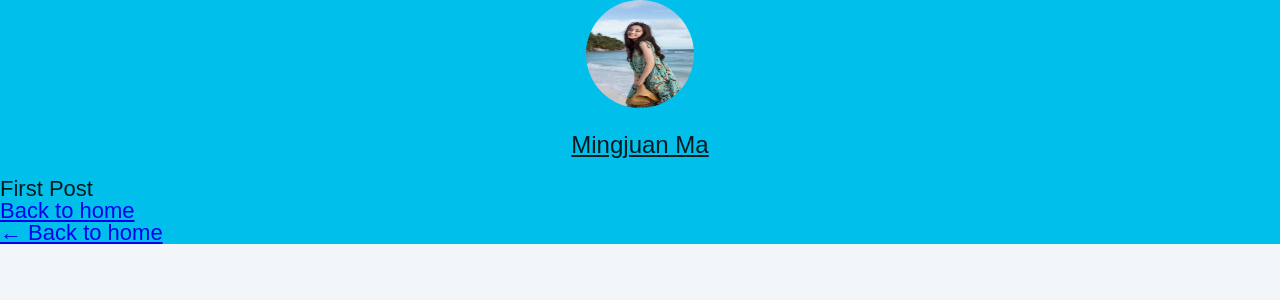
Repository: happy760690/nextjs-react
Page: /posts/first-post
These files come from the project's save history. The page is drawn as it stood at one moment and after the next save; the edit follows.
The browser window is 1280 px wide. The pictures show the whole page.
The project was rebuilt for these pictures with package versions that can differ from the ones it lists, and the page was loaded fresh each time. The framework's server and built-in components were replaced by stand-ins that run in the browser. Also part of the build but not shown: next.config.js.

Above is the page before, as saved 2021-07-09 16:23:47.

### pages/_app.tsx
/*
 * @Name: 文件名称
 * @Description: 该文件描述
 * @Author: Mingjuan
 * @Date: 1985-10-26 16:15:00
 * @Editors: Mingjuan
 */
import '../styles/scss/index.scss'
import { AppProps } from 'next/app'


function App({ Component, pageProps }: AppProps) {
  return <Component {...pageProps} />
}

export default App

### pages/posts/first-post.js
/*
 * @Name: 文件名称
 * @Description: 该文件描述
 * @Author: Mingjuan
 * @Date: 2021-06-29 11:22:19
 * @Editors: Mingjuan
 */
import Link from "next/link"
import Head from "next/head"
import Layout from "../../components/layout"

export default function FirstPost(){
    return (
        <Layout>
            <Head>
                <title>First Post</title>
            </Head>
            <h1>First Post</h1>
            <h2>
                <Link href="/">
                    <a>Back to home</a>
                </Link>
            </h2>
        </Layout>
    )
}

### styles/scss/index.scss
@import "./reset.scss";
// @import "./icon.scss";
@import "./base.scss";

### components/layout.tsx
/*
 * @Name: 文件名称
 * @Description: 该文件描述
 * @Author: Mingjuan
 * @Date: 2021-06-29 15:22:24
 * @Editors: Mingjuan
 */
import Head from 'next/head'
import Image from 'next/image'
import styles from './layout.module.scss'
import utilStyles from '../styles/utils.module.css'
import Link from 'next/link'

const name = 'Mingjuan Ma'
export const siteTitle = 'Next.js Sample Website'

export default function Layout({ children, home }: {
  children: React.ReactNode
  home?: boolean
}) {
  return (
    <div className={styles.container}>
      <Head>

        <link rel="icon" href="/favicon.ico" />

        <meta name="format-detection" content="telephone=no"></meta>
        <meta name="renderer" content="webkit"/>
        <meta name="screen-orientation" content="portrait"></meta>
        <meta name="x5-orientation" content="portrait" ></meta>

        <meta name="viewport" content="width=device-width, initial-scale=1,user-scalable=no,minimal-ui,maximum-scale=1.0,minimum-scale=1.0"></meta>
        <meta name="full-screen" content="yes"></meta>
        <meta name="apple-mobile-web-app-capable" content="yes" />
        <meta http-equiv="Cache-Control" content="no-transform"/>
        <meta http-equiv="Cache-Control" content="no-siteapp" />
        <meta name="applicable-device" content="mobile"></meta>
        <meta name="location" content="province=上海;city=上海;coord=121.480756,31.235991"></meta>
        <meta name="wap-font-scale" content="no"></meta>


        <meta http-equiv="Content-Type" content="text/html; charset=UTF-8" />
        <meta name="apple-mobile-web-app-status-bar-style" content="black" />
        <meta name="keywords" content={siteTitle}/>
        <meta
          name="description"
          content={siteTitle}
        />
        <meta
          property="og:image"
          content={`https://og-image.vercel.app/${encodeURI(
            siteTitle
          )}.png?theme=light&md=0&fontSize=75px&images=https%3A%2F%2Fassets.vercel.com%2Fimage%2Fupload%2Ffront%2Fassets%2Fdesign%2Fnextjs-black-logo.svg`}
        />
        <meta name="og:title" content={siteTitle} />
        <meta name="twitter:card" content="summary_large_image" />


        <script src="./js/flexible.js"></script>
      </Head>
      {/* 头部内容 */}
      <header className={styles.header}>
        {home ? (
          <>
            <Image
              priority
              src="/images/profile.jpg"
              className={utilStyles.borderCircle}
              height={144}
              width={144}
              alt={name}
            />
            <h1 className={utilStyles.heading2Xl}>{name}</h1>
          </>
        ) : (
          <>
            <Link href="/">
              <a>
                <Image
                  priority
                  src="/images/profile.jpg"
                  className={utilStyles.borderCircle}
                  height={108}
                  width={108}
                  alt={name}
                />
              </a>
            </Link>
            <h2 className={utilStyles.headingLg}>
              <Link href="/">
                <a className={utilStyles.colorInherit}>{name}</a>
              </Link>
            </h2>
          </>
        )}
      </header>
      {/* 子内容 */}
      <main>{children}</main>
      {/* 底部内容 */}
      {!home && (
        <div className={styles.backToHome}>
          <Link href="/">
            <a>← Back to home</a>
          </Link>
        </div>
      )}
    </div>
  )
}

### styles/scss/variable.scss
// 颜色定义规范
$color-background: #f3f6f9;
$color-theme: #00c0eb;
$color-theme-text: #47b3e3;
$color-text-main: #031a1f;
$color-text-gray: #8d9799;

// 字体定义规范
$font-size-small-s: 11px;
$font-size-small: 12px;
$font-size-medium: 14px;
$font-size-medium-x: 16px;
$font-size-large: 18px;
$font-size-large-x: 22px;

### styles/scss/base.scss
/**
* 基础样式
*/

body, html {
    line-height: 1;
    font-family: 'PingFang SC', 'STHeitiSC-Light', 'Helvetica-Light', arial, sans-serif, 'Droid Sans Fallback';
    user-select: none;
    -webkit-tap-highlight-color: transparent;
    background: $color-background;
    color: $color-text-main;
  }

  .g-relative {
    position: relative;
  }

  @keyframes rotate {
    0% {
      transform: rotate(0)
    }

    100% {
      transform: rotate(360deg)
    }
  }

### components/layout.module.scss
.container {
  // max-width: 36rem;
  // padding: 0 1rem;
  // margin: 3rem auto 6rem;
  font-size: $font-size-large-x;
  background: $color-theme;
}

.header {
  display: flex;
  flex-direction: column;
  align-items: center;
}

### styles/utils.module.css
.heading2Xl {
    font-size: 2.5rem;
    line-height: 1.2;
    font-weight: 800;
    letter-spacing: -0.05rem;
    margin: 1rem 0;
  }

  .headingXl {
    font-size: 2rem;
    line-height: 1.3;
    font-weight: 800;
    letter-spacing: -0.05rem;
    margin: 1rem 0;
  }

  .headingLg {
    font-size: 1.5rem;
    line-height: 1.4;
    margin: 1rem 0;
  }

  .headingMd {
    font-size: 1.2rem;
    line-height: 1.5;
  }

  .borderCircle {
    border-radius: 9999px;
  }

  .colorInherit {
    color: inherit;
  }

  .padding1px {
    padding-top: 1px;
  }

  .list {
    list-style: none;
    padding: 0;
    margin: 0;
  }

  .listItem {
    margin: 0 0 1.25rem;
  }

  .lightText {
    color: #666;
  }

Loaded but not shown: styles/scss/mixin.scss (common file); styles/scss/reset.scss (common file)

After the next save:
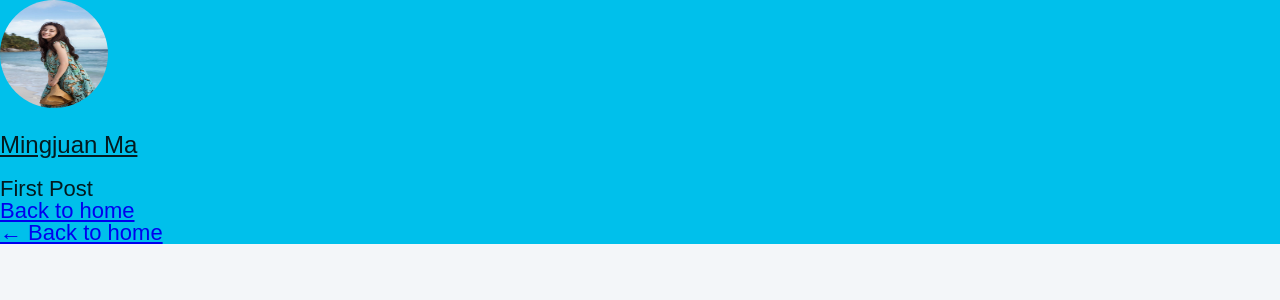
Saved 17 s later.
--- a/components/layout.module.scss
+++ b/components/layout.module.scss
@@ -5,9 +5,3 @@
   font-size: $font-size-large-x;
   background: $color-theme;
 }
-
-.header {
-  display: flex;
-  flex-direction: column;
-  align-items: center;
-}
